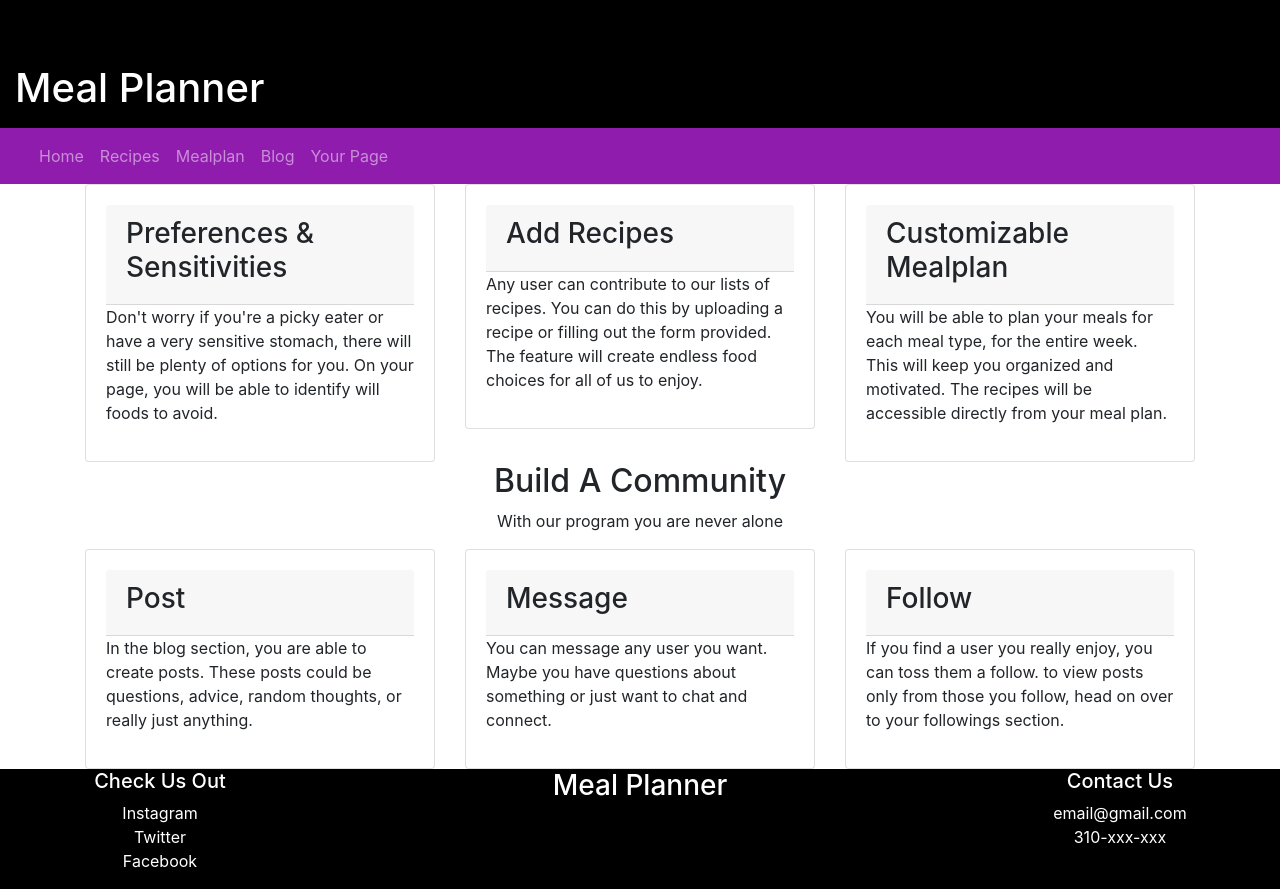
Repository: madisonisfan/mealplanner-react
Page: /
These files come from the project's save history. The page is drawn as it stood at one moment and after the next save; the edit follows.
The browser window is 1280 px wide. The pictures show the whole page.
The project was rebuilt for these pictures with package versions that can differ from the ones it lists, and the page was loaded fresh each time.

Above is the page before, as saved 2021-04-18 14:04:45.

After the next save:
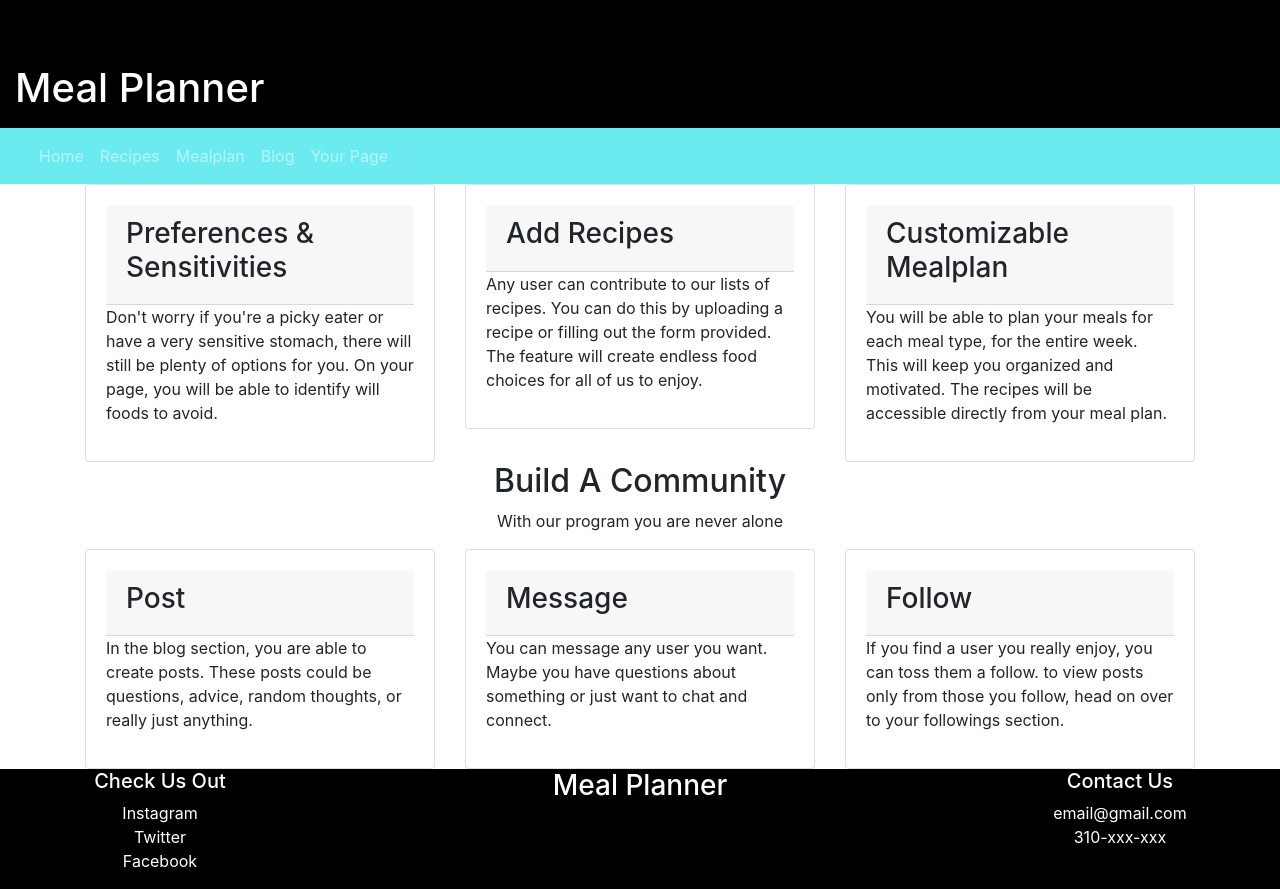
Saved 81 s later.
--- a/src/App.css
+++ b/src/App.css
@@ -6,7 +6,7 @@
 }
 
 .navbar {
-  background-color: #901cad;
+  background-color: #59e9eee3;
   color: white;
 }
 
